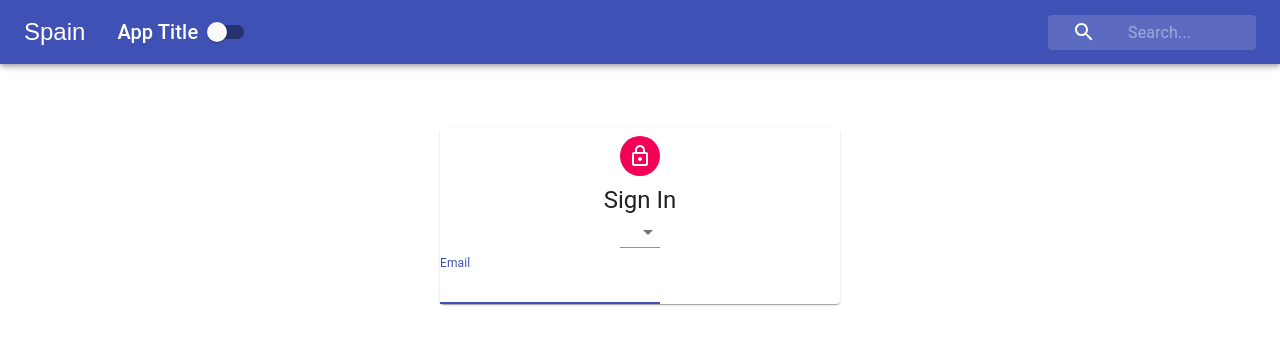
Repository: zhapar/context
Page: /
An editor plug-in stored every save of this project. The page is shown before and after the next save, followed by the edit.
The browser window is 1280 px wide. The pictures show the whole page.
The project was rebuilt for these pictures with package versions that can differ from the ones it lists, and the page was loaded fresh each time.

Above is the page before, as saved 2020-09-29 08:25:49.

### src/App.js
import React from "react";
import Navbar from "./Navbar";
import Form from "./Form";

function App() {
  return (
    <>
      <Navbar />
      <Form />
    </>
  );
}

export default App;

### src/Navbar.js
import React, { Component } from "react";
import AppBar from "@material-ui/core/AppBar";
import Toolbar from "@material-ui/core/Toolbar";
import IconButton from "@material-ui/core/IconButton";
import Typography from "@material-ui/core/Typography";
import InputBase from "@material-ui/core/InputBase";
import SearchIcon from "@material-ui/icons/Search";
import Switch from "@material-ui/core/Switch";
import { withStyles } from "@material-ui/core/styles";
import styles from "./styles/NavBarStyles";

class Navbar extends Component {
  render() {
    const { classes } = this.props;
    return (
      <div className={classes.root}>
        <AppBar position="static" color="primary">
          <Toolbar>
            <IconButton className={classes.menuButton} color="inherit">
              <span>Spain</span>
            </IconButton>
            <Typography className={classes.title} variant="h6" color="inherit">
              App Title
            </Typography>
            <Switch />
            <div className={classes.grow}></div>
            <div className={classes.search}>
              <div className={classes.searchIcon}>
                <SearchIcon />
              </div>
              <InputBase
                placeholder="Search..."
                classes={{
                  root: classes.inputRoot,
                  input: classes.inputInput,
                }}
              />
            </div>
          </Toolbar>
        </AppBar>
      </div>
    );
  }
}

export default withStyles(styles)(Navbar);

### src/Form.js
import React, { Component } from "react";
import Avatar from "@material-ui/core/Avatar";
import Button from "@material-ui/core/Button";
import CssBaseline from "@material-ui/core/CssBaseline";
import FormControl from "@material-ui/core/FormControl";
import FormControlLabel from "@material-ui/core/FormControlLabel";
import Checkbox from "@material-ui/core/Checkbox";
import Input from "@material-ui/core/Input";
import InputLabel from "@material-ui/core/InputLabel";
import LockOutlinedIcon from "@material-ui/icons/LockOutlined";
import Paper from "@material-ui/core/Paper";
import Typography from "@material-ui/core/Typography";
import MenuItem from "@material-ui/core/MenuItem";
import Select from "@material-ui/core/Select";
import withStyles from "@material-ui/core/styles/withStyles";
import styles from "./styles/FormStyles";

class Form extends Component {
  render() {
    const { classes } = this.props;
    return (
      <main className={classes.main}>
        <Paper className={classes.paper}>
          <Avatar className={classes.avatar}>
            <LockOutlinedIcon />
          </Avatar>
          <Typography variant="h5">Sign In</Typography>
          <Select>
            <MenuItem>English</MenuItem>
            <MenuItem>French</MenuItem>
            <MenuItem>Spanish</MenuItem>
          </Select>
          <form className={classes.form}>
            <FormControl>
              <InputLabel htmlFor="email">Email</InputLabel>
              <Input id="email" name="email" autoFocus />
            </FormControl>
          </form>
        </Paper>
      </main>
    );
  }
}

export default withStyles(styles)(Form);

### src/styles/NavBarStyles.js
import { fade } from "@material-ui/core/styles/colorManipulator";

const styles = (theme) => ({
  root: {
    width: "100%",
    marginBottom: 0,
  },
  grow: {
    flexGrow: 1,
  },
  menuButton: {
    marginLeft: "-12px",
    marginRight: "20px",
  },
  title: {
    display: "none",
    [theme.breakpoints.up("sm")]: {
      display: "block",
    },
  },
  search: {
    position: "relative",
    borderRadius: theme.shape.borderRadius,
    backgroundColor: fade(theme.palette.common.white, 0.15),
    "&:hover": {
      backgroundColor: fade(theme.palette.common.white, 0.25),
    },
    marginLeft: 0,
    width: "100%",
    [theme.breakpoints.up("sm")]: {
      marginLeft: theme.spacing.unit,
      width: "auto",
    },
  },
  searchIcon: {
    width: theme.spacing.unit * 9,
    height: "100%",
    position: "absolute",
    display: "flex",
    alignItems: "center",
    justifyContent: "center",
  },
  inputRoot: {
    color: "inherit",
    width: "100%",
  },
  inputInput: {
    paddingTop: theme.spacing.unit,
    paddingRight: theme.spacing.unit,
    paddingBottom: theme.spacing.unit,
    paddingLeft: theme.spacing.unit * 10,
    transition: theme.transitions.create("width"),
    width: "100%",
    [theme.breakpoints.up("sm")]: {
      width: "120px",
      "&:focus": {
        width: "200px",
      },
    },
  },
});

export default styles;

### src/styles/FormStyles.js
const styles = (theme) => ({
  main: {
    width: "auto",
    display: "block",
    marginLeft: theme.spacing.unit * 3,
    marginRight: theme.spacing.unit * 3,
    [theme.breakpoints.up("md")]: {
      width: 400,
      marginLeft: "auto",
      marginRight: "auto",
    },
  },
  paper: {
    marginTop: theme.spacing.unit * 8,
    display: "flex",
    flexDirection: "column",
    alignItems: "center",
  },
  avatar: {
    margin: theme.spacing.unit,
    backgroundColor: theme.palette.secondary.main,
  },
  form: {
    width: "100%",
    marginTop: theme.spacing.unit,
  },
});

export default styles;

Loaded but not shown: public/index.html (common file); src/index.js (common file); src/index.css (common file); src/serviceWorker.js (common file)

After the next save:
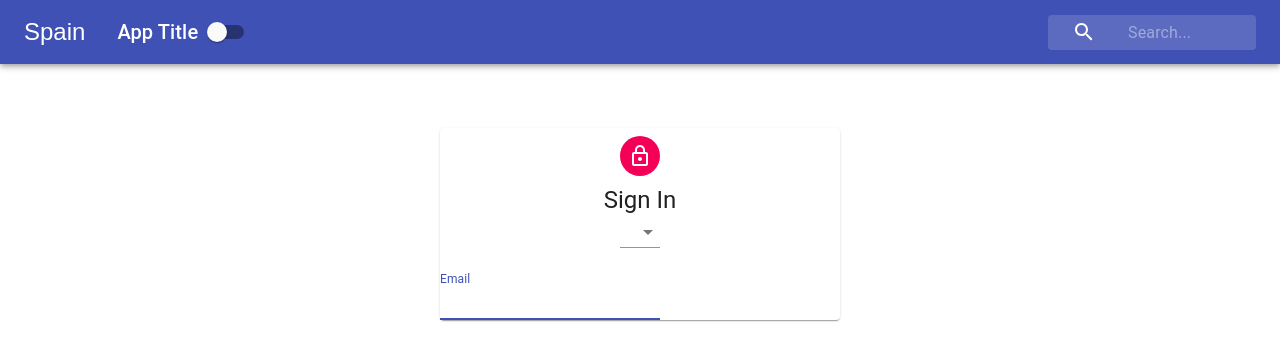
Saved 7 s later.
--- a/src/styles/FormStyles.js
+++ b/src/styles/FormStyles.js
@@ -22,7 +22,7 @@ const styles = (theme) => ({
   },
   form: {
     width: "100%",
-    marginTop: theme.spacing.unit,
+    marginTop: theme.spacing.unit * 3,
   },
 });
 
